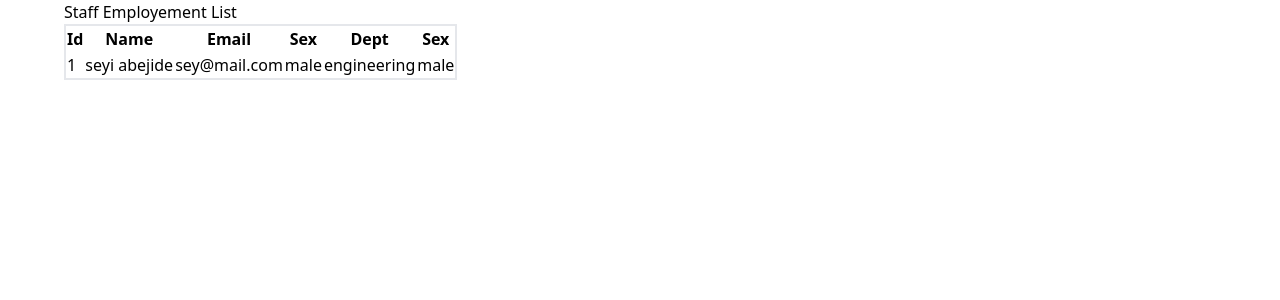
Repository: Semanmernstack/crud
Page: /
These files come from the project's save history. The page is drawn as it stood at one moment and after the next save; the edit follows.
The browser window is 1280 px wide. The pictures show the whole page.
The project was rebuilt for these pictures with package versions that can differ from the ones it lists, and the page was loaded fresh each time. Also part of the build but not shown: src/Details.js, src/Create.js, src/Edit.js.

Above is the page before, as saved 2022-12-23 03:05:01.

After the next save:
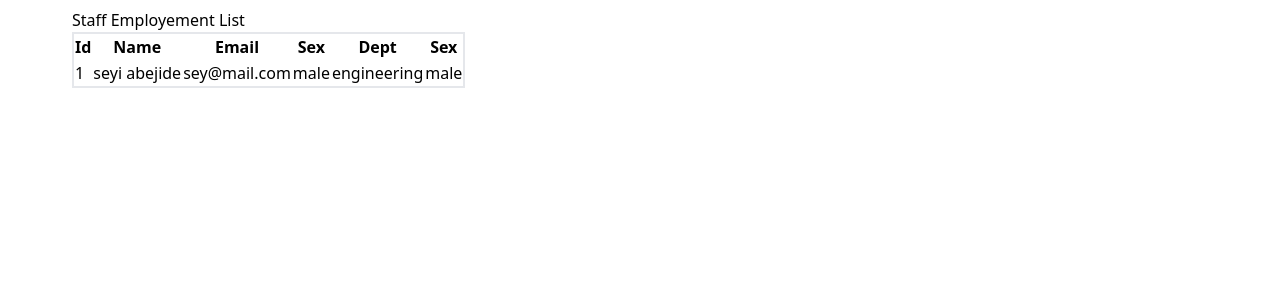
Saved 23 s later.
--- a/src/List.js
+++ b/src/List.js
@@ -2,11 +2,11 @@ import React from 'react'
 
 function List() {
   return (
-    <div className="max-w-6xl mx-auto  ">
+    <div className="max-w-6xl mx-auto  p-2 ">
 
         <p>Staff Employement List</p>
 
-        <table className="table-auto border-2 border-spacing-2  " >
+        <table className="table-auto border-2   " >
             <thead>
                 <tr>
                     <th>Id</th>
